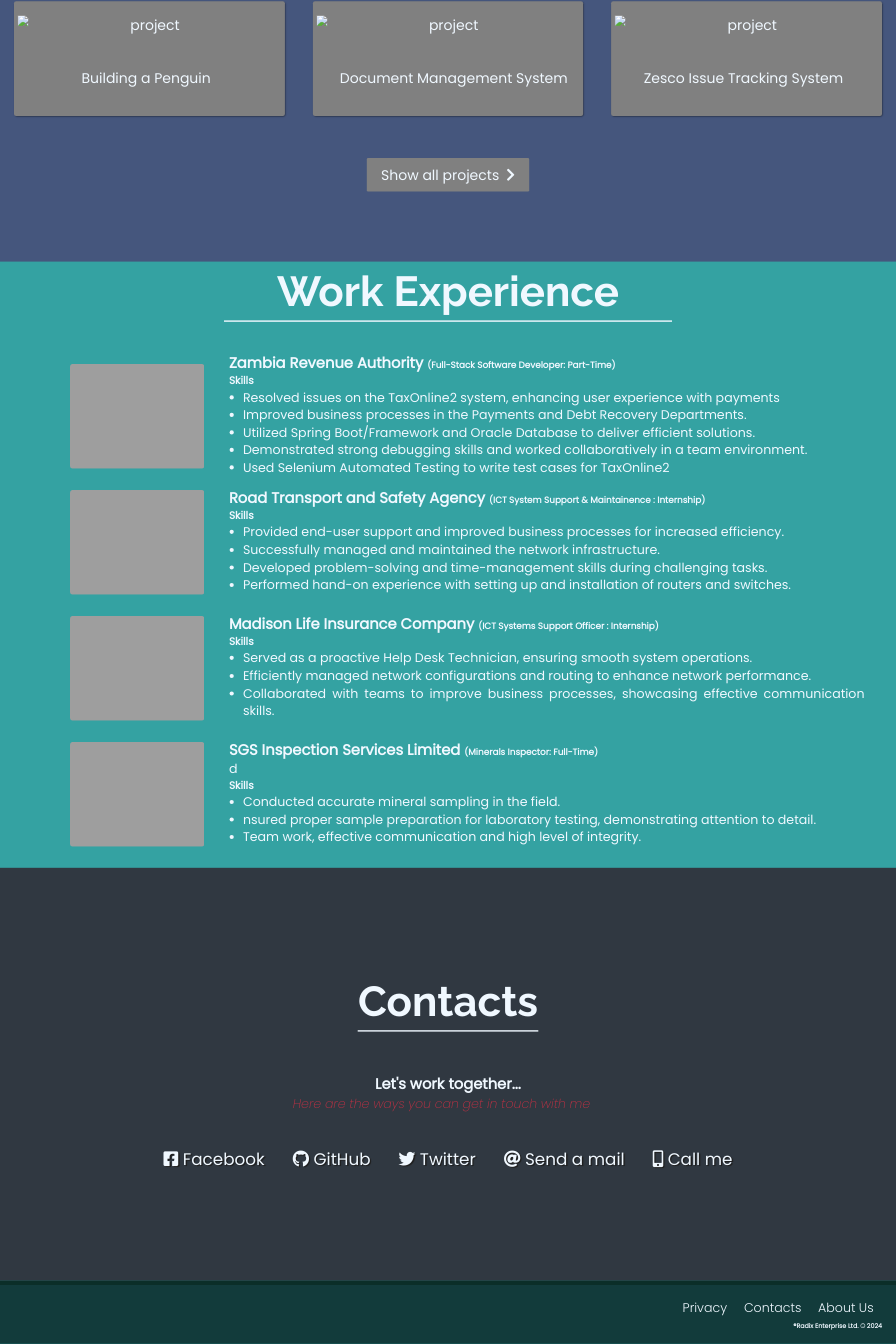
Repository: Lungdjos/personal_portifolio
Page: html/index.html
An editor plug-in stored every save of this project. The page is shown before and after a run of saves, followed by the edit.
The browser window is 1280 px wide. The pictures show the part of the page from y = 1224 to 3144 px (the page is 3144 px tall), at 70% of full size.
Pictures or frames that could not be fetched are drawn as grey boxes. Some web libraries are served in a nearby version.

Above is the page before, as saved 2024-02-04 02:36:02.

After the next 2 saves:
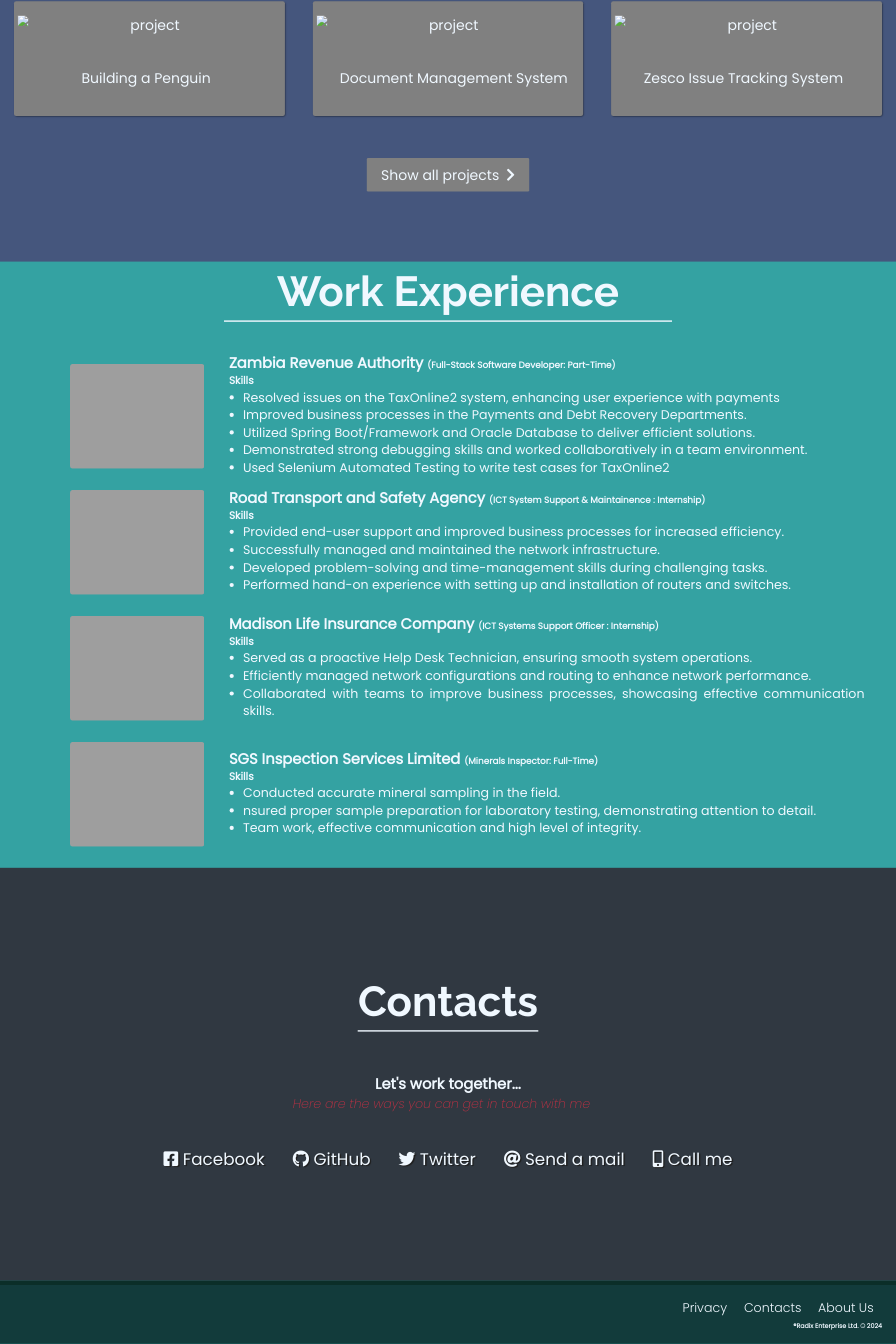
The 2 saves are shown as one change because they came seconds apart.
The last was saved 34 s later.
--- a/html/index.html
+++ b/html/index.html
@@ -148,7 +148,7 @@
                 <div class="experience">
                     <div class="title-exp">
                         <h3>SGS Inspection Services Limited <small>(Minerals Inspector: Full-Time)</small></h3>
-                        d
+                        <code></code>
                     </div>
 
                     <h5 class="skills">Skills</h5>
